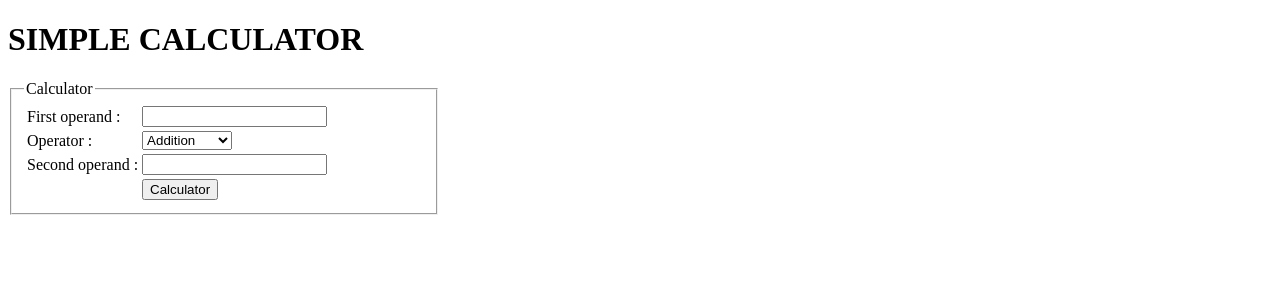
Repository: NGUYEN112/Module2
Page: http://localhost/
These files come from the project's save history. The page is drawn as it stood at one moment and after the next save; the edit follows.
The browser window is 1280 px wide. The pictures show the whole page.
The page is run by PHP 8.4 with error messages shown; the project is at /var/www/html/.

Above is the page before, as saved 2021-01-18 13:51:22.

### bai8-calculator/index.php
<!DOCTYPE html>
<html lang="en">

<head>
    <meta charset="UTF-8">
    <meta name="viewport" content="width=device-width, initial-scale=1.0">
    <title>Document</title>
</head>

<body>
    <h1>SIMPLE CALCULATOR</h1>
    <form method="post">
        <fieldset style="width: 400px;">
            <legend>Calculator</legend>
            <table>
                <div>
                    <tr>
                        <td>First operand :</td>
                        <td><input type="number" name="operand"></td>
                    </tr>
                    <tr>
                        <td>Operator :</td>
                        <td><select name="operator">
                                <option value="addition">Addition</option>
                                <option value="subtraction">Subtraction</option>
                                <option value="multive">Multive</option>
                                <option value="dimession">Dimession</option>
                            </select></td>
                    </tr>
                    <tr>
                        <td>Second operand :</td>
                        <td><input type="number" name="operand"></td>
                    </tr>
                    <tr>
                        <td></td>
                        <td><input type="submit" value="Calculator"></td>
                    </tr>
                </div>
            </table>
    </form>
    </fieldset>
    <?php
    if ($_SERVER["REQUEST_METHOD"] == "posT") {
        $Operand = $_POST['operand'];
        $Operator = $_POST['operator'];
        $Operand2 = $_POST['operand2'];
        function calculator($Operand, $Operator, $Operand2)
        {
            $Result = 0;
            switch ($Operator) {
                case "addition":
                    $Result = $Operand + $Operand2;
                    break;
                default:
                "không thực hiện được";
            }
            return $Result;
        }
    }
    ?>
</body>

</html>

After the next save:
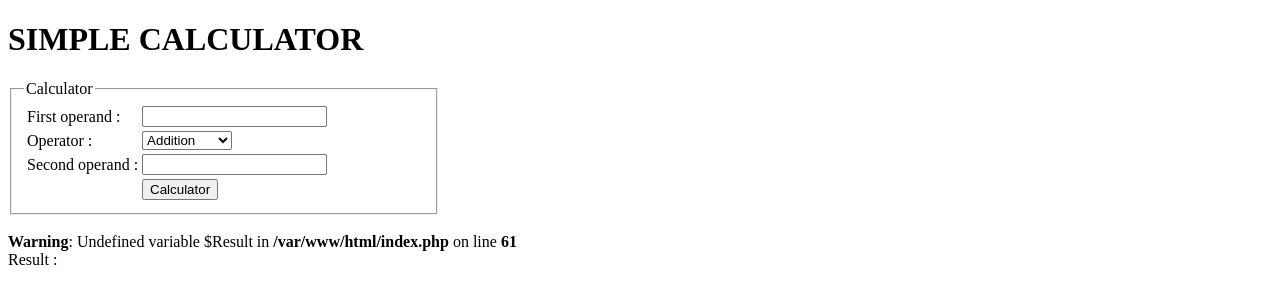
Saved 50 s later.
--- a/bai8-calculator/index.php
+++ b/bai8-calculator/index.php
@@ -56,7 +56,9 @@
             }
             return $Result;
         }
+        calculator($Operand, $Operator, $Operand2);
     }
+    echo "Result : " .$Result;
     ?>
 </body>
 

After the save that followed:
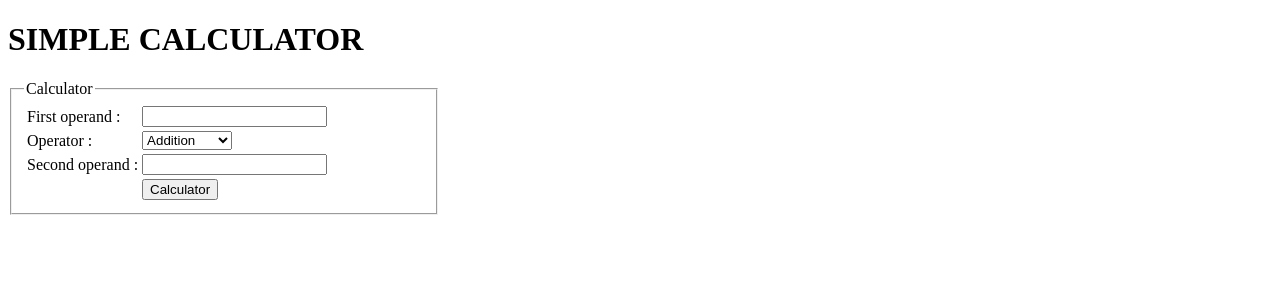
Saved 45 s later.
--- a/bai8-calculator/index.php
+++ b/bai8-calculator/index.php
@@ -57,8 +57,8 @@
             return $Result;
         }
         calculator($Operand, $Operator, $Operand2);
+        echo "Result : " .$Result;
     }
-    echo "Result : " .$Result;
     ?>
 </body>
 
